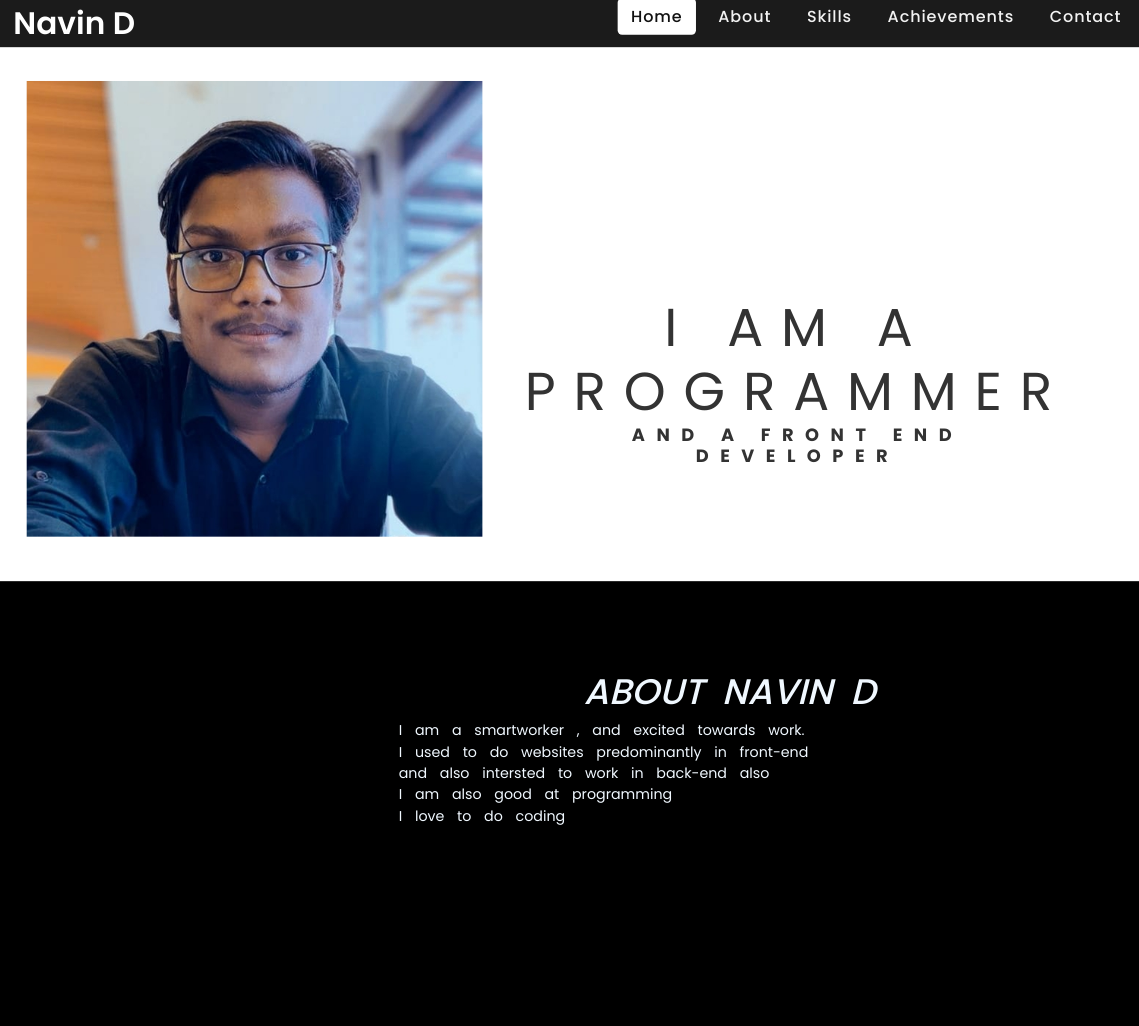
Repository: NavinDayanithi/OIBSIP
Page: Portfolio/index.html
These files come from the project's save history. The page is drawn as it stood at one moment and after the next save; the edit follows.
The browser window is 1280 px wide. The pictures show the whole page, at 89% of full size.

Above is the page before, as saved 2023-02-20 19:02:26.
Console error: TypeError: Cannot read properties of undefined (reading 'fn')

### Portfolio/index.html
<!DOCTYPE html>
<!-- Created By CodingNepal -->
<html lang="en" dir="ltr">
   <head>

      <meta charset="utf-8">
      <title>Navin's Portfolio</title>
      <script src="https://cdnjs.cloudflare.com/ajax/libs/OwlCarousel2/2.3.4/owl.carousel.min.js"></script>
      <script type="text/javascript" src="script.js"></script>
      <link rel="stylesheet" href="style.css">
      <link rel="stylesheet" href="https://cdnjs.cloudflare.com/ajax/libs/font-awesome/5.15.3/css/all.min.css"/>
      <meta name="viewport" content="width=device-width, initial-scale=1.0">
      <link href="https://cdn.jsdelivr.net/npm/bootstrap@5.3.0-alpha1/dist/css/bootstrap.min.css" rel="stylesheet" integrity="sha384-GLhlTQ8iRABdZLl6O3oVMWSktQOp6b7In1Zl3/Jr59b6EGGoI1aFkw7cmDA6j6gD" crossorigin="anonymous">
   </head>
   <body>
      <nav>
         <div class="logo">
            Navin D
         </div>
         <input type="checkbox" id="click">
         <label for="click" class="menu-btn">
         <i class="fas fa-bars"></i>
         </label>
         <ul>
            <li><a class="active" href="#">Home</a></li>
            <li><a href="#about">About</a></li>
            <li><a href="#skills">Skills</a></li>
            <li><a href="#">Achievements</a></li>
            <li><a href="#">Contact</a></li>
         </ul>
      </nav>
      <div >
        <img src="navinppimg.jpeg"  class="img1" alt="navinimg">
      </div>
      <div class="text-box">
        <h1 class="heading-primary">
         <span class="heading-primary-main">I am a Programmer</span>
          <span class="heading-primary-sub">and a front end developer</span>
         </h1>
   </div>
   <section class="about" id="about">
      <!-- <img class="about-img" src="https://embetronicx.com/wp-content/uploads/2017/08/background.jpg"  class="img1" alt="navinimg"> -->
      <div class="about-text">
         <h1> <i>ABOUT NAVIN D</i></h1>
         <p>  I am a smartworker , and excited towards work.<br/>
             I used to do websites predominantly in front-end <br/>
             and also intersted to work in back-end also<br/>
             I am also good at programming <br/>
             I love to do coding<br/>
      </p>
      </div>

    </body>
</section>
       </body>
</html>

### Portfolio/style.css
@import url('https://fonts.googleapis.com/css?family=Poppins:400,500,600,700&display=swap');
*{
  margin: 0;
  padding: 0;
  box-sizing: border-box;
  font-family: 'Poppins', sans-serif;
}
nav{
  display: flex;
  height: 100%;
  width: 100%;
  background: #1b1b1b;
  align-items: center;
  justify-content: space-between;
  /* padding: 0 50px 0 50px; */
  /* flex-wrap: wrap; */
}
nav .logo{
  color: #fff;
  font-size: 35px;
  font-weight: 600;
  margin-left: 15px;
}
nav ul{
  display: flex;
  flex-wrap: wrap;
  list-style: none;
}
nav ul li{
  margin: 0 5px;
}
nav ul li a{
  color: #f2f2f2;
  text-decoration: none;
  font-size: 18px;
  font-weight: 500;
  padding: 8px 15px;
  border-radius: 5px;
  letter-spacing: 1px;
  transition: all 0.3s ease;
}
nav ul li a.active,
nav ul li a:hover{
  color: #111;
  background: #fff;
}
nav .menu-btn i{
  color: #fff;
  font-size: 22px;
  cursor: pointer;
  display: none;
}
input[type="checkbox"]{
  display: none;
}
@media (max-width: 1000px){
  nav{
    padding: 0 40px 0 50px;
  }
}
@media (max-width: 920px) {
  nav .menu-btn i{
    display: block;
  }
  #click:checked ~ .menu-btn i:before{
    content: "\f00d";
  }
  nav ul{
    position: fixed;
    top: 80px;
    left: -100%;
    background: #111;
    height: 100vh;
    width: 100%;
    text-align: center;
    display: block;
    transition: all 0.3s ease;
  }
  #click:checked ~ ul{
    left: 0;
  }
  nav ul li{
    width: 100%;
    margin: 40px 0;
  }
  nav ul li a{
    width: 100%;
    margin-left: -100%;
    display: block;
    font-size: 20px;
    transition: 0.6s cubic-bezier(0.68, -0.55, 0.265, 1.55);
  }
  #click:checked ~ ul li a{
    margin-left: 0px;
  }
  nav ul li a.active,
  nav ul li a:hover{
    background: none;
    color: cyan;
  }
}
.content{
  position: absolute;
  top: 50%;
  left: 50%;
  transform: translate(-50%, -50%);
  text-align: center;
  z-index: -1;
  width: 100%;
  padding: 0 30px;
  color: #1b1b1b;
}
.content div{
  font-size: 40px;
  font-weight: 700;
}

.text-box {
    position: absolute;
    top: 60%;
    left: 70%;
    transform: translate(-50%, -50%);
    text-align:center;
  }

  .heading-primary {
      color:#333;
      text-transform: uppercase;
  }

  .heading-primary-main {
      display: block;
      font-size: 60px;
      font-weight: 400;
      letter-spacing: 20px;
     /*  Animation decalaration   */
      animation-name: moveInleft;
      animation-duration: 3s;
  }

  .heading-primary-sub {
      display: block;
      font-size: 20px;
      font-weight: 700;
      letter-spacing: 12.9px;

      animation-name: moveInRight;
      animation-duration: 3s;
  }

  @keyframes moveInleft {
      0% {
          opacity: 0;
          transform: translateX(-100px);
      }

      80% {
          transform: translateX(10px);
      }
      100% {
          opacity: 1;
          transform: translate(0);
      }
  }

  @keyframes moveInRight {
      0% {
          opacity: 0;
          transform: translateX(100px);
      }

      80% {
          transform: translateX(-10px);
      }

      100% {
          opacity: 1;
          transform: translate(0);
      }

  }
  .img1{
    margin-left: 30px;
     margin-top: 3%;
    display: block;
    height:40%;
    width:40%;


  }
  .a{
    float: left;
    /* display: inline; */
    width: 50%;


  }
  .b{
    /* display: inline; */
    float:right;
    width: 50%;
    margin-left: 50px;


  }
   .about{
    background-color: black;
    height: 500px;
    width: 100%;
    color: aliceblue;
    margin-top: 50px;

  }

 .about-text {
  padding-top: 100px;
   padding-left: 35%;
   word-spacing: 10px;
}
.about-text h1{
  padding-left:25%;
}

Loaded but not shown: Portfolio/script.js (common file)

After the next save:
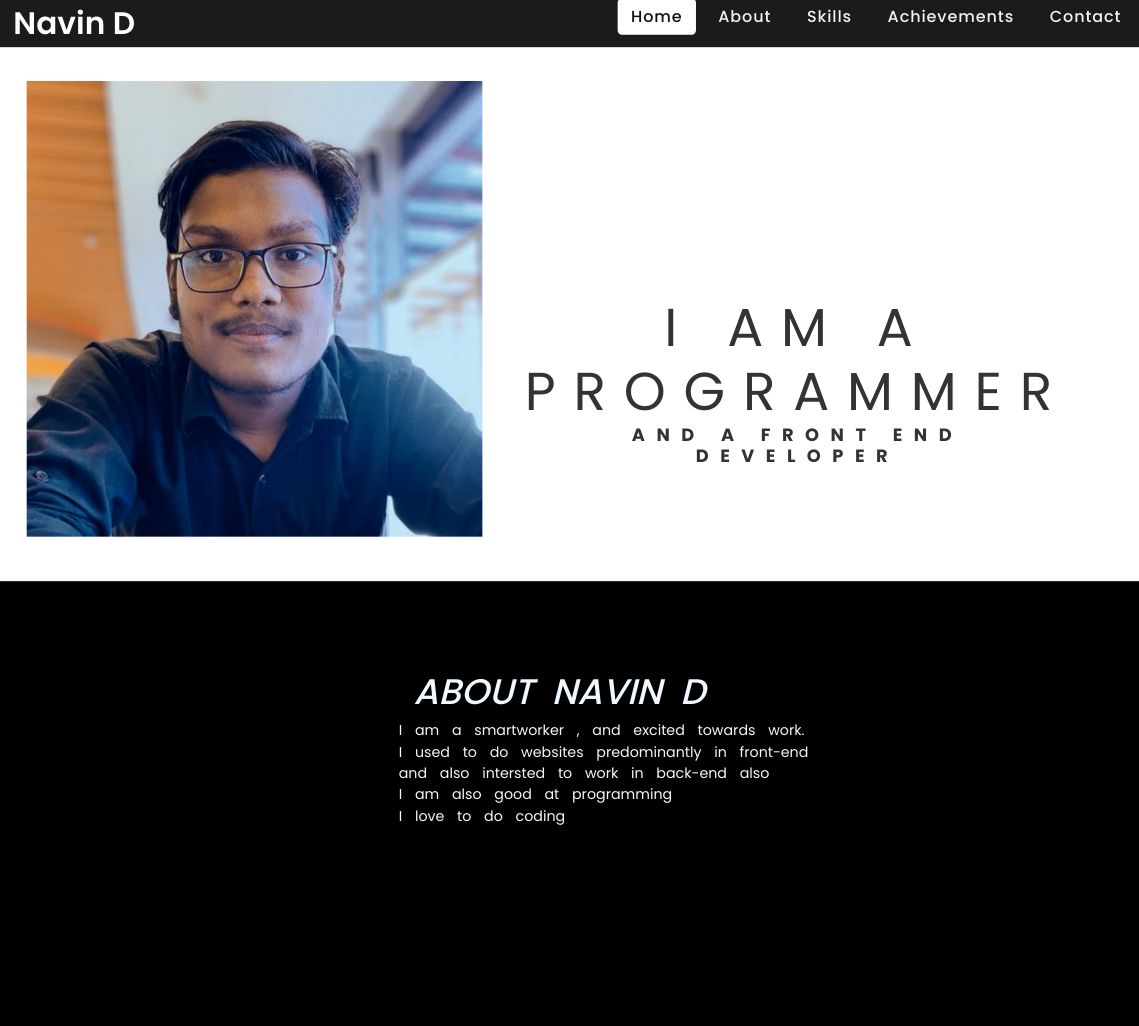
Saved 5 s later.
--- a/Portfolio/style.css
+++ b/Portfolio/style.css
@@ -218,5 +218,5 @@
    word-spacing: 10px;
 }
 .about-text h1{
-  padding-left:25%;
-}
+  padding-left:2%;
+}
